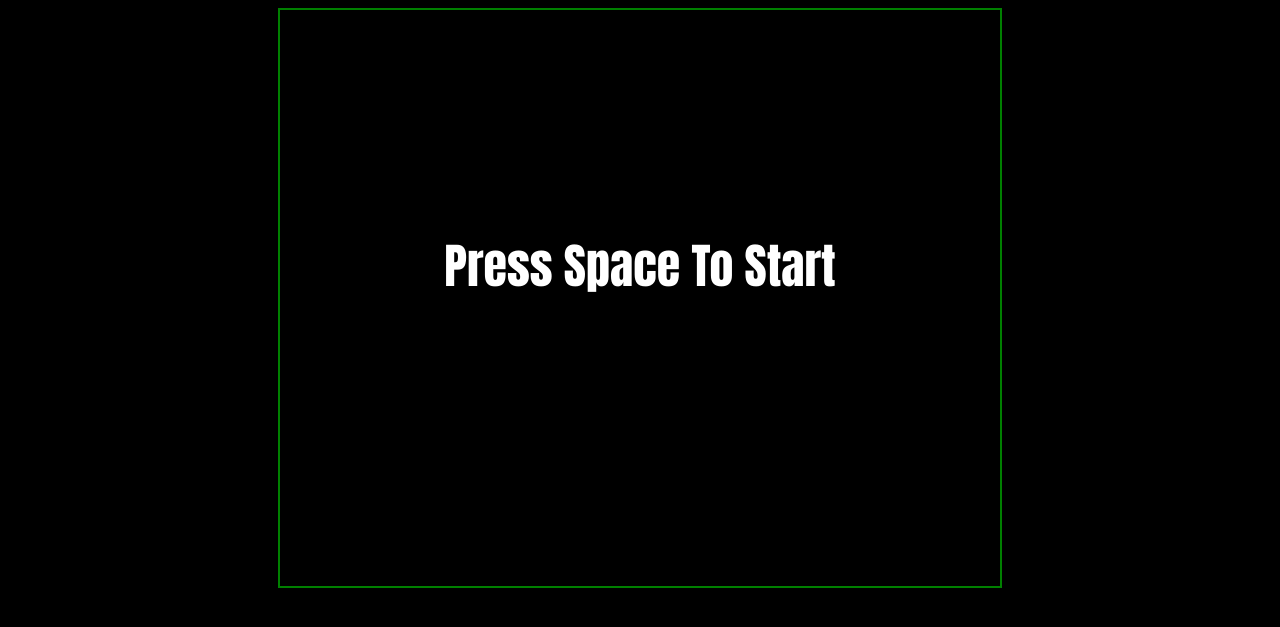
Repository: tuansontruong/SpaceInvader
Page: index.html
An editor plug-in stored every save of this project. The page is shown before and after the next save, followed by the edit.
The browser window is 1280 px wide. The pictures show the whole page.

Above is the page before, as saved 2020-05-16 18:42:05.

After the next save:
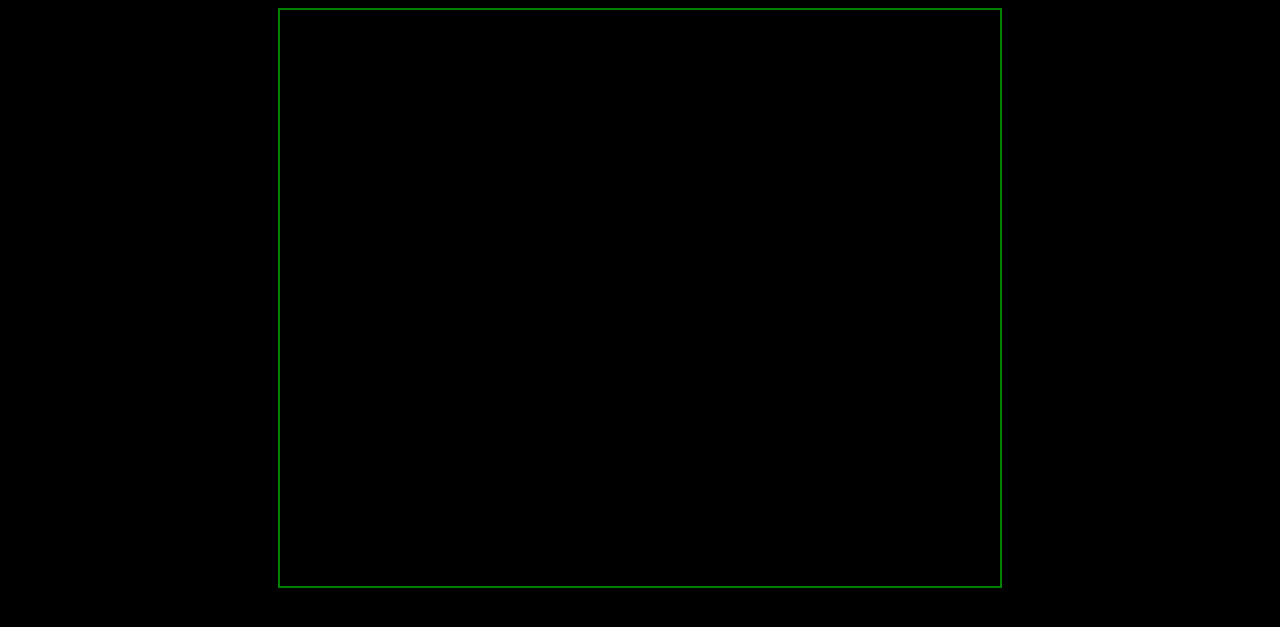
Console error: SyntaxError: Unexpected token ','
Saved 14 s later.
--- a/js/script.js
+++ b/js/script.js
@@ -63,7 +63,7 @@
         GameManager.player = new Player(GameSetting.playerDivName,
             new Point(GameSetting.playerStart.x, GameSetting.playerStart.y),
             asset,
-            new Rect(45, 45, GameSetting.playAreaWidth - 100, GameSetting.playAreaHeight - 150));
+            new Rect(10, 10, GameSetting.playAreaWidth - , GameSetting.playAreaHeight - 150));
         GameManager.player.addToBoard(1);
     }
 

After the save that followed:
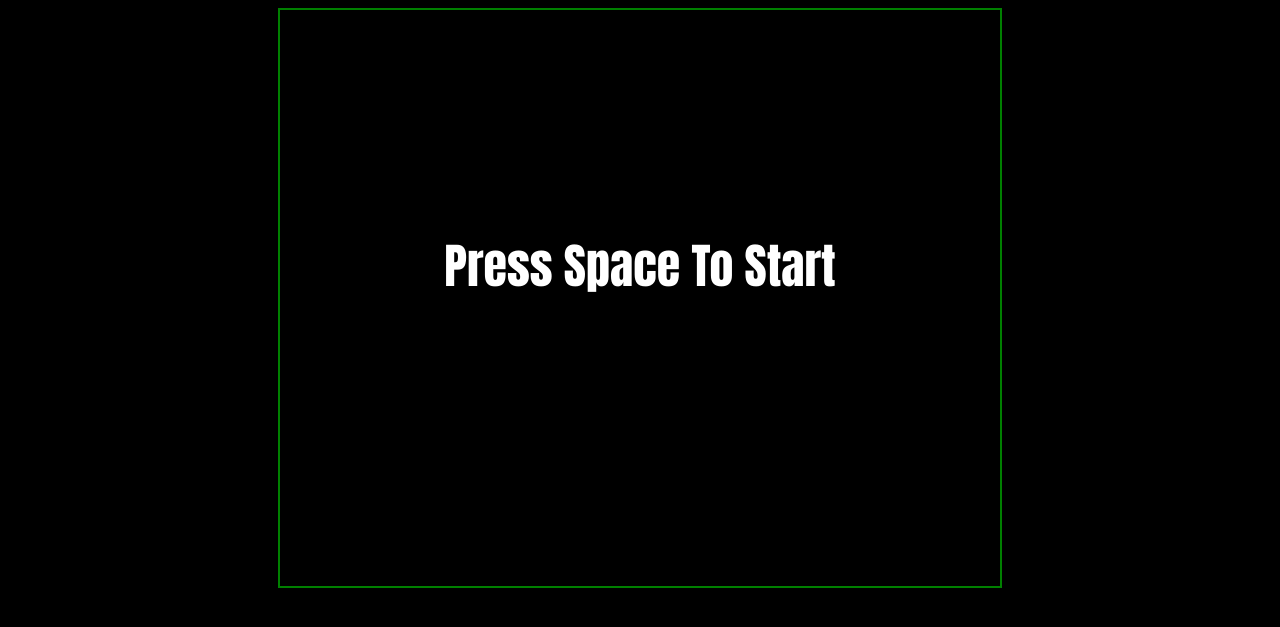
The error is gone.
Saved 15 s later.
--- a/js/script.js
+++ b/js/script.js
@@ -63,7 +63,7 @@
         GameManager.player = new Player(GameSetting.playerDivName,
             new Point(GameSetting.playerStart.x, GameSetting.playerStart.y),
             asset,
-            new Rect(10, 10, GameSetting.playAreaWidth - , GameSetting.playAreaHeight - 150));
+            new Rect(10, 10, GameSetting.playAreaWidth - 100, GameSetting.playAreaHeight - 150));
         GameManager.player.addToBoard(1);
     }
 
